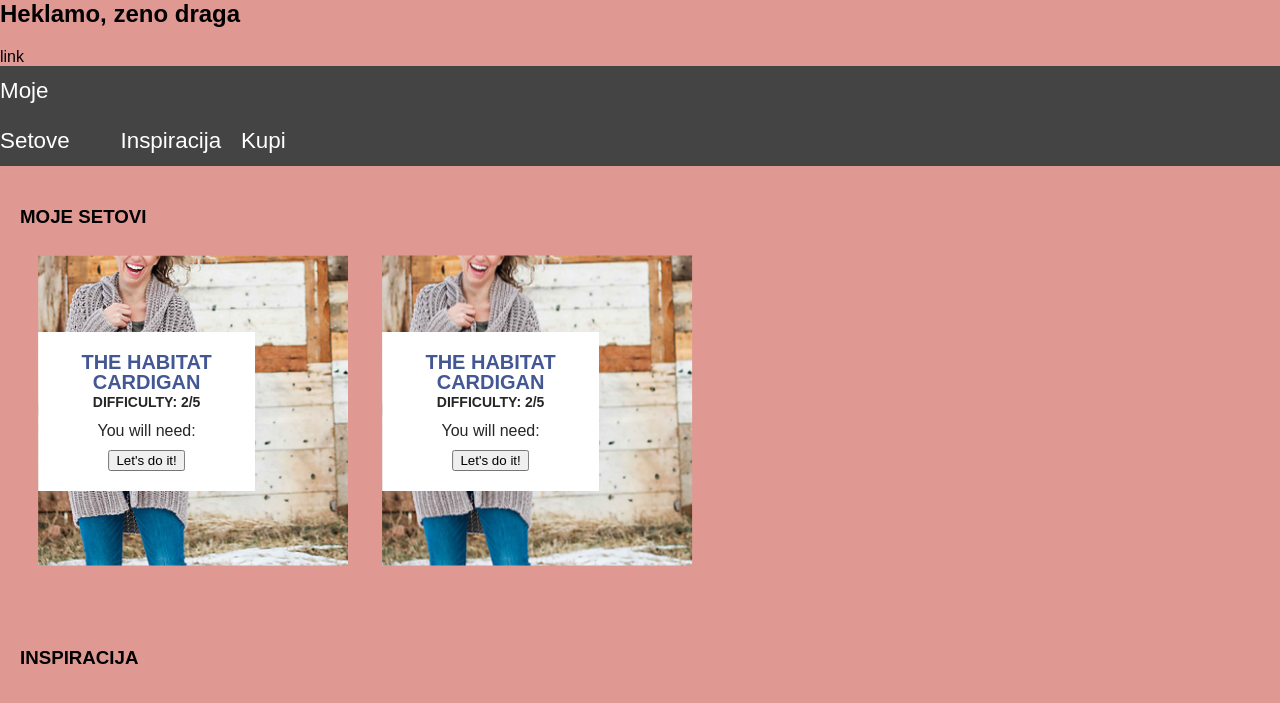
Repository: sdnc/Heklamo
Page: index.html
These files come from the project's save history. The page is drawn as it stood at one moment and after the next save; the edit follows.
The browser window is 1280 px wide. The pictures show the whole page.

Above is the page before, as saved 2020-12-24 14:49:35.
Console error: ReferenceError: $ is not defined

### index.html
<html>

<head>
  <meta charset="UTF-8" />
  <meta name="viewport" content="width=device-width, initial-scale=1.0" />
  <title>Heklamo</title>
  <link href="https://maxcdn.bootstrapcdn.com/font-awesome/4.7.0/css/font-awesome.min.css" rel="stylesheet">
  <link rel="stylesheet" href="styles.css" />
  <script src="https://unpkg.com/vue@next" defer></script>
  <script src="app.js" defer></script>
</head>

<body>
  <!--1) -->
  <!--2) -->
  <section id="header">
    <h1>Heklamo, zeno draga</h1>
    <nav>link</nav>
  </section>
  <section class="nav">
    <ul>
      <li class="setove"><a href="#">Moje Setove</a></li>
      <li class="inspiracija"><a href="#">Inspiracija</a></li>
      <li class="kupi"><a href="#">Kupi</a></li>
    </ul>
  </section>
    <section id="sets" class="divider">
      <h3>MOJE SETOVI</h3>
    <div class="card">
      <div class="image">
        <img
          src="img/habitatcardigan.jpg" />
      </div>
      <div class="details">
        <div class="center">
          <h1>The Habitat Cardigan<br><span>Difficulty: 2/5</span></h1>
          <p>You will need:</p>
          <button>Let's do it!</button>
        </div>
      </div>
    </div>

    <div class="card">
      <div class="image">
        <img src="img/habitatcardigan.jpg" />
      </div>
      <div class="details">
        <div class="center">
          <h1>The Habitat Cardigan<br><span>Difficulty: 2/5</span></h1>
          <p>You will need:</p>
          <button>Let's do it!</button>
        </div>
      </div>
    </div>
  </section>

  <section id="inspiration" class="divider">
    <h3>INSPIRACIJA</h3>



  </section>

  <section id="buy" class="divider">

  </section>

  <script>


  </script>
</body>

</html>

### styles.css
body {
  margin: 0;
  padding: 0;
  font-family: sans-serif;
  background-color: #e09992;
}

.divider {
  margin: 40px 0 30px 20px;
}

/* NAV BAR */

.nav ul {
  list-style: none;
  background-color: #444;
  text-align: left;
  padding: 0;
  margin: 0;
}
.nav li {
  font-family: 'Oswald', sans-serif;
  font-size: 1em;
  line-height: 40px;
  height: 40px;
  border-bottom: 1px solid #888;
}

.nav a {
  text-decoration: none;
  color: #fff;
  display: block;
  transition: .3s background-color;
}

.nav a:hover {
  background-color: #005f5f;
}

.nav a.active {
  background-color: #fff;
  color: #444;
  cursor: default;
}

@media screen and (min-width: 600px) {
  .nav li {
    width: 120px;
    border-bottom: none;
    height: 50px;
    line-height: 50px;
    font-size: 1.4em;
  }

  /* Option 1 - Display Inline */
  .nav li {
    display: inline-block;
    margin-right: -4px;
  }

/* MY SETS - section */
.card {
  margin: 5px 15px;
  display: inline-block;
  transform: translate(1%,1%);
  width: 310px;
  height: 350px;
}
.image {
  width: 310px;
  height: 350px;
  overflow: hidden;
}
.card .image img {
  width: 100%;
  transition: .5s;
}
.card:hover .image img {
  opacity: .5;
  transform: translateX(30%);/*100%*/
}
.card .details {
  position: absolute;
  top: 0;
  left: 0;
  width: 70%;/*100%*/
  height: 89%;
  background: #7ca9e0;
  transition: .5s;
  transform-origin: left;
  transform: perspective(2000px) rotateY(-90deg);
}
.card:hover .details {
  transform: perspective(2000px) rotateY(0deg);
}
.card .details .center {
  padding: 20px;
  text-align: center;
  background: #fff;
  position: absolute;
  top: 50%;
  transform: translateY(-50%);
}
.card .details .center h1 {
  margin: 0;
  padding: 0;
  color: #435794;
  line-height: 20px;
  font-size: 20px;
  text-transform: uppercase;
}
.card .details .center h1 span {
  font-size: 14px;
  color: #262626;
}
.card .details .center p {
  margin: 10px 0;
  padding: 0;
  color: #262626;
}

/* INPIRATION SECTION */

### app.js
$('#recipeCarousel').carousel({
    interval: 10000
  })

  $('.carousel .carousel-item').each(function(){
      var minPerSlide = 3;
      var next = $(this).next();
      if (!next.length) {
      next = $(this).siblings(':first');
      }
      next.children(':first-child').clone().appendTo($(this));

      for (var i=0;i<minPerSlide;i++) {
          next=next.next();
          if (!next.length) {
              next = $(this).siblings(':first');
            }

          next.children(':first-child').clone().appendTo($(this));
        }
  });

After the next save:
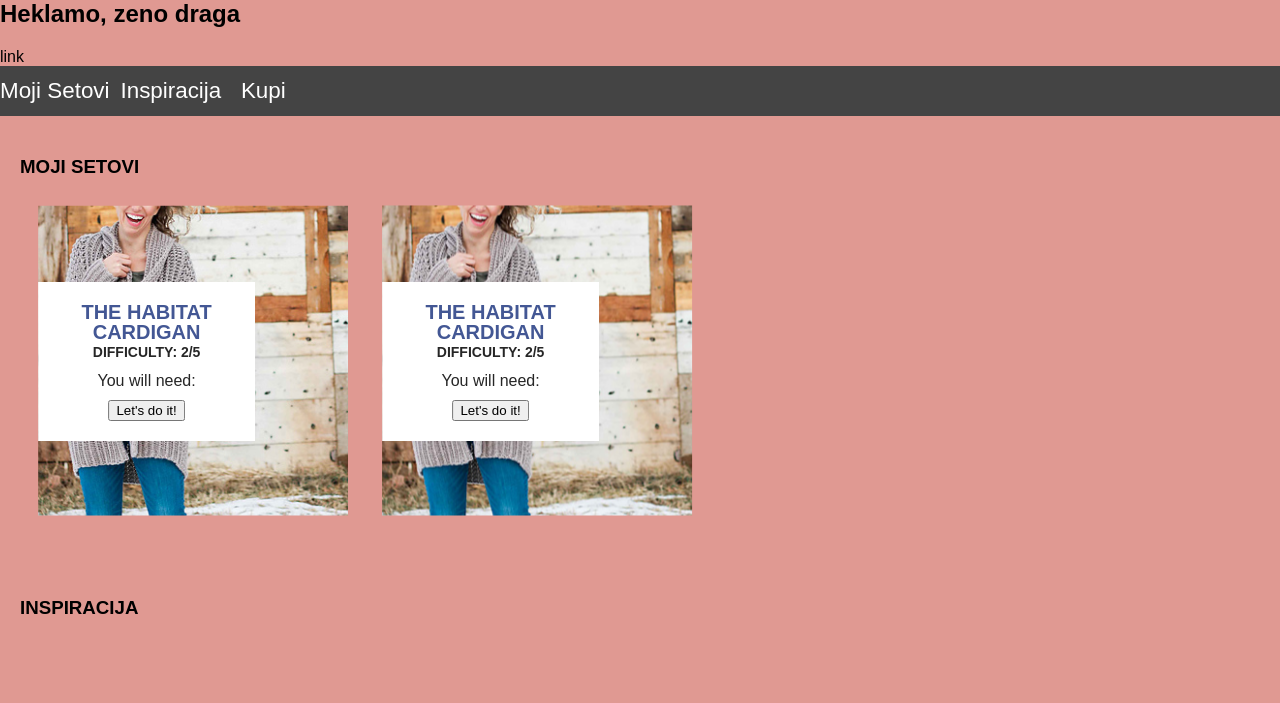
Saved 38 s later.
--- a/index.html
+++ b/index.html
@@ -19,13 +19,13 @@
   </section>
   <section class="nav">
     <ul>
-      <li class="setove"><a href="#">Moje Setove</a></li>
+      <li class="setove"><a href="#">Moji Setovi</a></li>
       <li class="inspiracija"><a href="#">Inspiracija</a></li>
       <li class="kupi"><a href="#">Kupi</a></li>
     </ul>
   </section>
     <section id="sets" class="divider">
-      <h3>MOJE SETOVI</h3>
+      <h3>MOJI SETOVI</h3>
     <div class="card">
       <div class="image">
         <img
